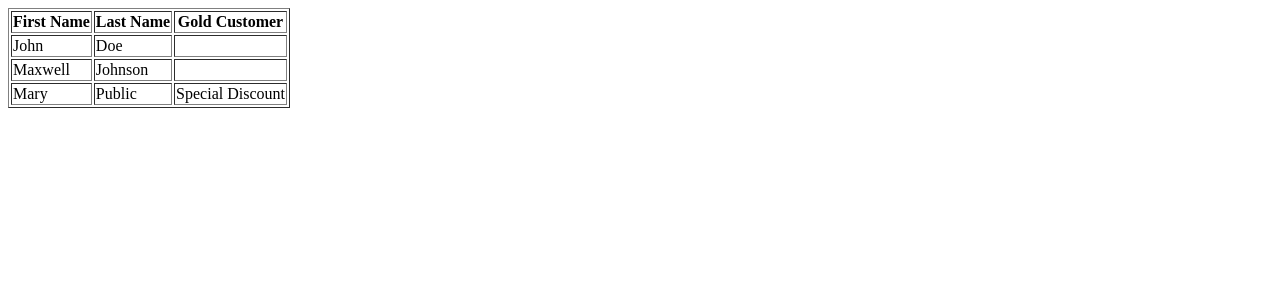
Repository: souptikmaiti/j2ee-practice
Page: http://localhost/tagdemo/foreach-student-test.jsp
An editor plug-in stored every save of this project. The page is shown before and after the next save, followed by the edit.
The browser window is 1280 px wide. The pictures show the whole page.
The page is served by Tomcat 9.

Above is the page before, as saved 2021-01-10 06:00:24.

### tagdemo/WebContent/foreach-student-test.jsp
<%@ taglib uri="http://java.sun.com/jsp/jstl/core" prefix="c" %>
<%@ page import="com.tagdemo.jsp.Student, java.util.*" %>

<%

	// create sample data.... normally provided by MVC


	List<Student> data = new ArrayList<>();

	data.add(new Student("John", "Doe", false));
	data.add(new Student("Maxwell", "Johnson", false));
	data.add(new Student("Mary", "Public", true));

	pageContext.setAttribute("allStudents", data);

%>

<html>

<body>

	<table border="1">

		<tr>
			<th>First Name</th>
			<th>Last Name</th>
			<th>Gold Customer</th>
		</tr>

		<c:forEach var="student" items="${allStudents}">
			<tr>
				<td>${student.fName}</td>
				<td>${student.lName}</td>
				<td>
					<c:if test="${student.goldCustomer}">
						Special Discount
					</c:if>
				</td>
			</tr>
		</c:forEach>

	</table>

</body>
</html>

### tagdemo/src/com/tagdemo/jsp/Student.java
package com.tagdemo.jsp;

public class Student {

	private String fName;
	private String lName;
	private boolean goldCustomer;

	public Student(String fName, String lName, boolean goldCustomer) {
		super();
		this.fName = fName;
		this.lName = lName;
		this.goldCustomer = goldCustomer;
	}

	public String getfName() {
		return fName;
	}

	public void setfName(String fName) {
		this.fName = fName;
	}

	public String getlName() {
		return lName;
	}

	public void setlName(String lName) {
		this.lName = lName;
	}

	public boolean isGoldCustomer() {
		return goldCustomer;
	}

	public void setGoldCustomer(boolean goldCustomer) {
		this.goldCustomer = goldCustomer;
	}
}

After the next save:
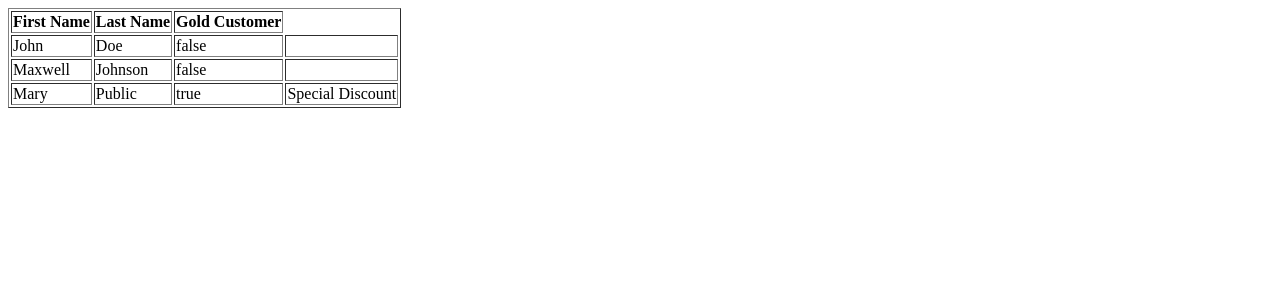
Saved 49 s later.
--- a/tagdemo/WebContent/foreach-student-test.jsp
+++ b/tagdemo/WebContent/foreach-student-test.jsp
@@ -32,6 +32,7 @@
 			<tr>
 				<td>${student.fName}</td>
 				<td>${student.lName}</td>
+				<td>${student.goldCustomer}</td>
 				<td>
 					<c:if test="${student.goldCustomer}">
 						Special Discount
